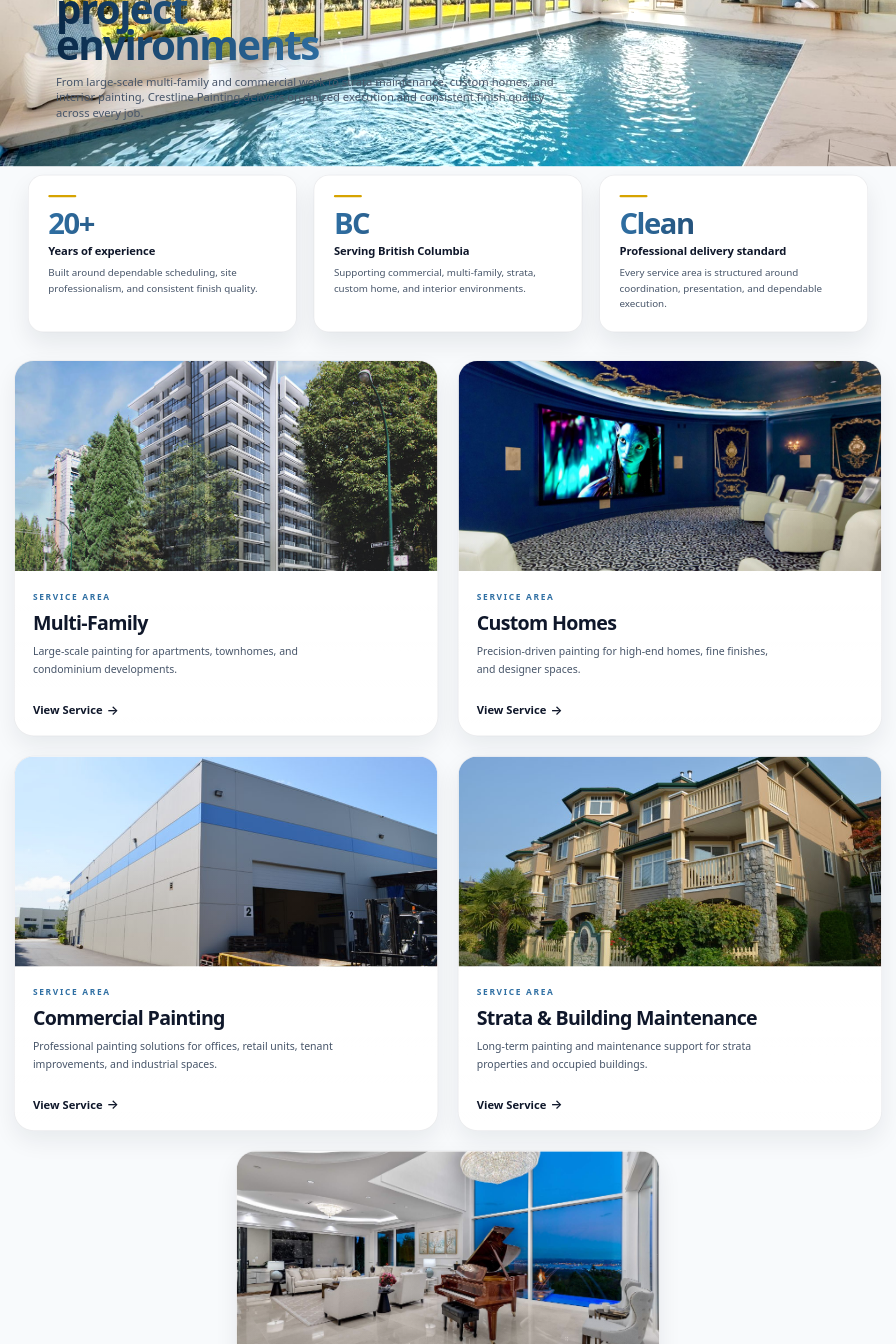
Repository: 300LBHACK3R/Crestline-Painting
Page: /services
The author's editor kept a copy of each file at every save. The page is drawn from the files as they stood at one save, then again after the next save.
The browser window is 1280 px wide. The pictures show the part of the page from y = 424 to 2344 px (the page is 4016 px tall before and 4388 px after), at 70% of full size.
The project was rebuilt for these pictures with package versions that can differ from the ones it lists, and the page was loaded fresh each time. The framework's server and built-in components were replaced by stand-ins that run in the browser. Also part of the build but not shown: next.config.ts.

Above is the page before, as saved 2026-04-27 23:05:59.

After the next save:
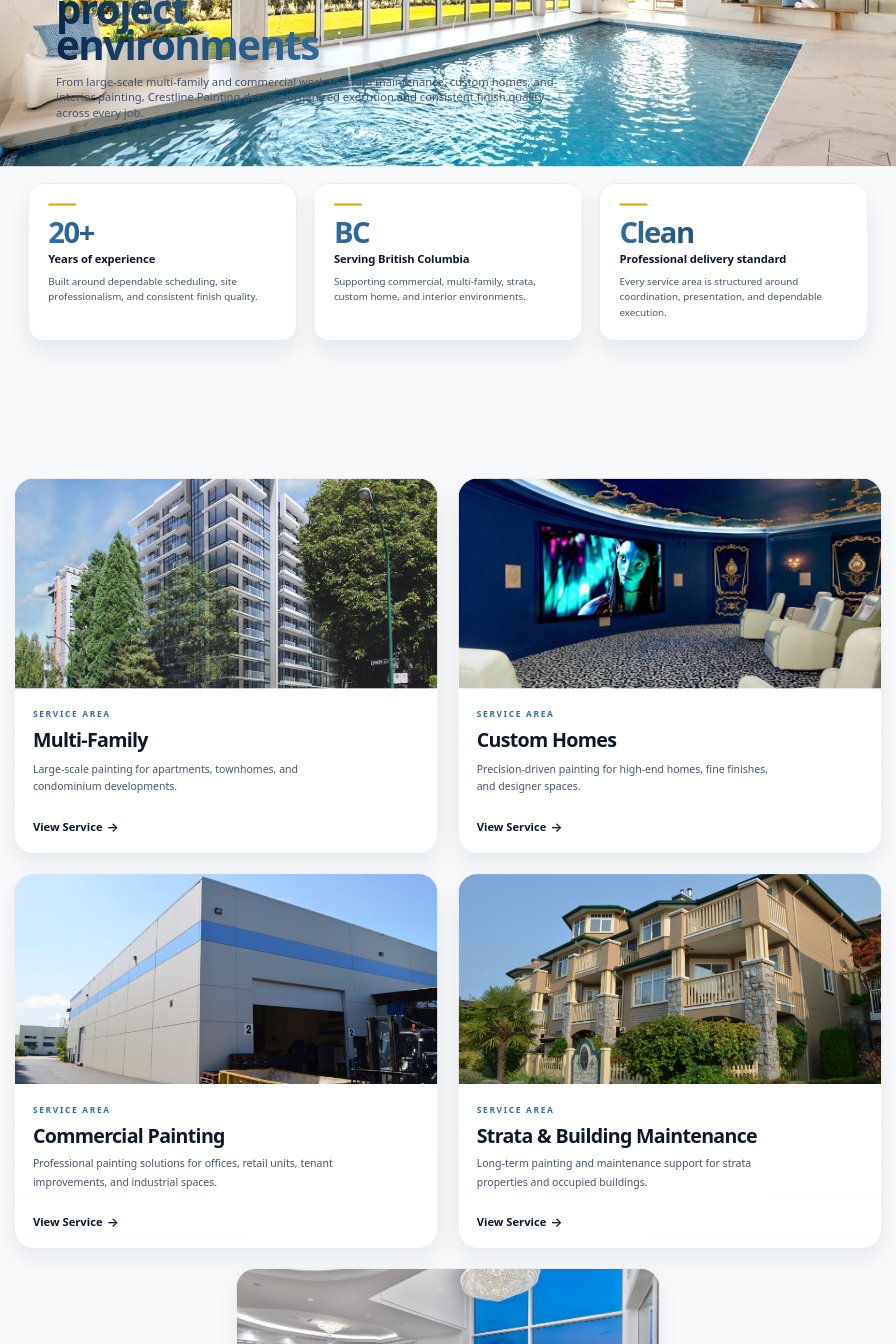
Saved 45 s later.
--- a/src/app/services/page.tsx
+++ b/src/app/services/page.tsx
@@ -1,5 +1,6 @@
 import SiteHeader from "@/components/layout/site-header";
 import SiteFooter from "@/components/layout/site-footer";
+
 import PageHero from "@/components/shared/page-hero";
 import ServiceCardGrid from "@/components/shared/service-card-grid";
 import HomeCta from "@/components/home/home-cta";
@@ -11,6 +12,7 @@
       <SiteHeader light />
 
       <main className="services-page">
+
         <PageHero
           eyebrow="Services"
           title="Professional painting services built for real project environments."
@@ -20,18 +22,25 @@
           darkOverlay
         />
 
+        {/* 🔥 PROOF STRIP (own section = cleaner hierarchy) */}
+        <section className="section section--services-proof">
+          <div className="container">
+            <ServicesProofStrip />
+          </div>
+        </section>
+
+        {/* 🔥 SERVICES GRID */}
         <section className="section section--services-main">
           <div className="container">
-            <ServicesProofStrip />
             <ServiceCardGrid />
           </div>
         </section>
 
+        {/* 🔥 CTA (no extra container nesting) */}
         <section className="section section--services-cta">
-          <div className="container services-cta-wrap">
-            <HomeCta />
-          </div>
+          <HomeCta />
         </section>
+
       </main>
 
       <SiteFooter />
